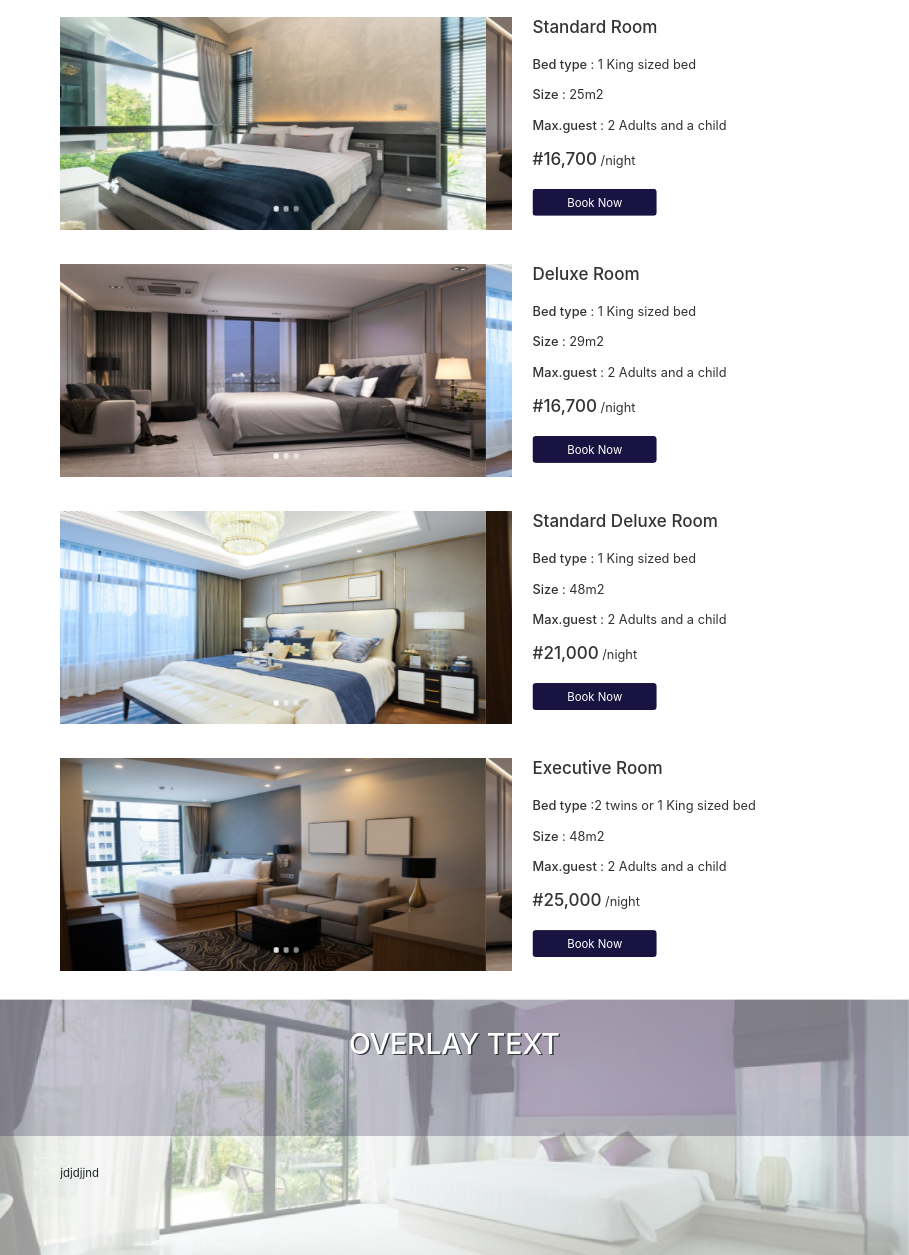
Repository: Syfon01/hotel-website
Page: room.html
These files come from the project's save history. The page is drawn as it stood at one moment and after the next save; the edit follows.
The browser window is 1280 px wide. The pictures show the whole page, at 71% of full size.

Above is the page before, as saved 2020-06-08 19:06:12.

### room.html
<!doctype html>
<html lang="en">
  <head>
    <title>Title</title>
    <!-- Required meta tags -->
    <meta charset="utf-8">
    <meta name="viewport" content="width=device-width, initial-scale=1, shrink-to-fit=no">

    <!-- Bootstrap CSS -->
    <link rel="stylesheet" href="https://stackpath.bootstrapcdn.com/bootstrap/4.3.1/css/bootstrap.min.css" integrity="sha384-ggOyR0iXCbMQv3Xipma34MD+dH/1fQ784/j6cY/iJTQUOhcWr7x9JvoRxT2MZw1T" crossorigin="anonymous">
    <link rel="stylesheet" href="room.css">
  </head>
  <body>
    <!-- carousel section -->
    <section id="carousel-section">
      <div class="container">
        <div class="row py-4">
          <div class="col-md-7 col-lg-7 col-12 col-sm-12">
            <div id="carouselExampleIndicators" class="carousel slide" data-ride="carousel">
              <ol class="carousel-indicators">
                <li data-target="#carouselExampleIndicators" data-slide-to="0" class="active"></li>
                <li data-target="#carouselExampleIndicators" data-slide-to="1"></li>
                <li data-target="#carouselExampleIndicators" data-slide-to="2"></li>
              </ol>
              <div class="carousel-inner">
                <div class="carousel-item active">
                  <img src="./img/hotel1.png" class="d-block w-100 img-carousel img-fluid" alt="...">
                </div>
                <div class="carousel-item">
                  <img src="./img/hotel2.png" class="d-block w-100 img-carousel img-fluid" alt="...">
                </div>
                <div class="carousel-item">
                  <img src="./img/hotel3.png" class="d-block w-100 img-carousel img-fluid" alt="...">
                </div>
              </div>

            </div>
          </div>
          <div class="col-md-5 col-lg-5 col-12 col-sm-12">
            <h4 class="text-purple mb-4">Standard Room</h4>
            <p class="text-purple"><span class="p-font-weight">Bed type </span>: 1 King sized bed</p>
            <p class="text-purple"><span class="p-font-weight">Size</span> : 25m2</p>
            <p class="text-purple"><span class="p-font-weight">Max.guest </span>: 2 Adults and a child</p>
            <p class="text-purple mb-4"><span class="p-font-weight p-20">#16,700</span> /night</p>
            <button class="btn btn-purple px-5">Book Now</button>
          </div>
        </div>

        <div class="row py-4">
          <div class="col-md-7 col-lg-7 col-12 col-sm-12">
            <div id="carouselExampleIndicators" class="carousel slide" data-ride="carousel">
              <ol class="carousel-indicators">
                <li data-target="#carouselExampleIndicators" data-slide-to="0" class="active"></li>
                <li data-target="#carouselExampleIndicators" data-slide-to="1"></li>
                <li data-target="#carouselExampleIndicators" data-slide-to="2"></li>
              </ol>
              <div class="carousel-inner">
                <div class="carousel-item active">
                  <img src="./img/hotel2.png" class="d-block w-100 img-carousel img-fluid" alt="...">
                </div>
                <div class="carousel-item">
                  <img src="./img/hotel3.png" class="d-block w-100 img-carousel img-fluid" alt="...">
                </div>
                <div class="carousel-item">
                  <img src="./img/hotel4.png" class="d-block w-100 img-carousel img-fluid" alt="...">
                </div>
              </div>

            </div>
          </div>
          <div class="col-md-5 col-lg-5 col-12 col-sm-12">
            <h4 class="text-purple mb-4">Deluxe Room</h4>
            <p class="text-purple"><span class="p-font-weight">Bed type </span>: 1 King sized bed</p>
            <p class="text-purple"><span class="p-font-weight">Size</span> : 29m2</p>
            <p class="text-purple"><span class="p-font-weight">Max.guest </span>: 2 Adults and a child</p>
            <p class="text-purple mb-4"><span class="p-font-weight p-20">#16,700</span> /night</p>
            <button class="btn btn-purple px-5">Book Now</button>
          </div>
        </div>

        <div class="row py-4">
          <div class="col-md-7 col-lg-7 col-12 col-sm-12">
            <div id="carouselExampleIndicators" class="carousel slide" data-ride="carousel">
              <ol class="carousel-indicators">
                <li data-target="#carouselExampleIndicators" data-slide-to="0" class="active"></li>
                <li data-target="#carouselExampleIndicators" data-slide-to="1"></li>
                <li data-target="#carouselExampleIndicators" data-slide-to="2"></li>
              </ol>
              <div class="carousel-inner">
                <div class="carousel-item active">
                  <img src="./img/hotel3.png" class="d-block w-100 img-carousel h-50 img-fluid" alt="...">
                </div>
                <div class="carousel-item">
                  <img src="./img/hotel4.png" class="d-block w-100 img-carousel img-fluid" alt="...">
                </div>
                <div class="carousel-item">
                  <img src="./img/hotel1.png" class="d-block w-100 img-carousel img-fluid" alt="...">
                </div>
              </div>

            </div>
          </div>
          <div class="col-md-5 col-lg-5 col-12 col-sm-12">
            <h4 class="text-purple mb-4">Standard Deluxe Room</h4>
            <p class="text-purple"><span class="p-font-weight">Bed type </span>: 1 King sized bed</p>
            <p class="text-purple"><span class="p-font-weight">Size</span> : 48m2</p>
            <p class="text-purple"><span class="p-font-weight">Max.guest </span>: 2 Adults and a child</p>
            <p class="text-purple mb-4"><span class="p-font-weight p-20">#21,000</span> /night</p>
            <button class="btn btn-purple px-5">Book Now</button>
          </div>
        </div>

        <div class="row py-4">
          <div class="col-md-7 col-lg-7 col-12 col-sm-12">
            <div id="carouselExampleIndicators" class="carousel slide" data-ride="carousel">
              <ol class="carousel-indicators">
                <li data-target="#carouselExampleIndicators" data-slide-to="0" class="active"></li>
                <li data-target="#carouselExampleIndicators" data-slide-to="1"></li>
                <li data-target="#carouselExampleIndicators" data-slide-to="2"></li>
              </ol>
              <div class="carousel-inner">
                <div class="carousel-item active">
                  <img src="./img/hotel4.png" class="d-block w-100 img-carousel h-50 img-fluid" alt="...">
                </div>
                <div class="carousel-item">
                  <img src="./img/hotel2.png" class="d-block w-100 img-carousel img-fluid" alt="...">
                </div>
                <div class="carousel-item">
                  <img src="./img/hotel1.png" class="d-block w-100 img-carousel img-fluid" alt="...">
                </div>
              </div>

            </div>
          </div>
          <div class="col-md-5 col-lg-5 col-12 col-sm-12">
            <h4 class="text-purple mb-4">Executive Room</h4>
            <p class="text-purple"><span class="p-font-weight">Bed type </span>:2 twins or 1 King sized bed</p>
            <p class="text-purple"><span class="p-font-weight">Size</span> : 48m2</p>
            <p class="text-purple"><span class="p-font-weight">Max.guest </span>: 2 Adults and a child</p>
            <p class="text-purple mb-4"><span class="p-font-weight p-20">#25,000</span> /night</p>
            <button class="btn btn-purple px-5">Book Now</button>
          </div>
        </div>
      </div>
    </section>

    <!-- explore section  -->
    <div class="explore py-3">
      <div class="hero flex-center">
      <div class="hero-message">
        <h1 class="hero-title">Overlay Text</h1>
      </div>
      <!-- <img src="./img/explore.png" class="explore-banner" alt="" srcset=""> -->
    </div>
</div>

<div class="container my-4">
  jdjdjjnd
</div>

    <!-- Optional JavaScript -->
    <!-- jQuery first, then Popper.js, then Bootstrap JS -->
    <script src="https://code.jquery.com/jquery-3.3.1.slim.min.js" integrity="sha384-q8i/X+965DzO0rT7abK41JStQIAqVgRVzpbzo5smXKp4YfRvH+8abtTE1Pi6jizo" crossorigin="anonymous"></script>
    <script src="https://cdnjs.cloudflare.com/ajax/libs/popper.js/1.14.7/umd/popper.min.js" integrity="sha384-UO2eT0CpHqdSJQ6hJty5KVphtPhzWj9WO1clHTMGa3JDZwrnQq4sF86dIHNDz0W1" crossorigin="anonymous"></script>
    <script src="https://stackpath.bootstrapcdn.com/bootstrap/4.3.1/js/bootstrap.min.js" integrity="sha384-JjSmVgyd0p3pXB1rRibZUAYoIIy6OrQ6VrjIEaFf/nJGzIxFDsf4x0xIM+B07jRM" crossorigin="anonymous"></script>
  </body>
</html>

### room.css
.text-purple{
 color: #333333
}
.p-font-weight{
  font-weight: 500;
}
.p-20{
  font-size: 24px;
}
p{
  font-size: 18px;;
}
.btn-purple{
  background-color: #191341;
  color: #fff;
  border-radius: 5px;
}
.img-carousel{
  height: 300px!important;
}
.carousel-indicators li{
  border-radius: 100%;
  width: 8px;
  height: 8px;
}

.hero {
  width: 100%;
  height: 100%;
  min-width: 100%;
  min-height: 100%;
  position: relative;
}

.hero::before {
  background-image: url(/img/explore.png);
  /* background-size: cover */
  background-repeat: no-repeat;
  background-size: 100% 100%;
  ;
  /* background-repeat: no-repeat; */
  content: "";
  display: block;
  position: absolute;
  top: 0;
  left: 0;
  width: 100%;
  height: 50vh;
  z-index: -2;
  opacity: 0.4;
}

.flex-center {
  display: flex;
  flex-direction: column;
  justify-content: center;
  align-content: center;
}
.hero-message {
  color: #fff;
  text-shadow: #343a40 2px 2px;
  min-width: 100%;
  min-height: 12em;
  position: relative;
}

@media(min-width:1024px) {
  .hero-message {
    min-width: 50%;
    min-height: 12em;
  }

  .hero-message::before {
    margin-left: 25%;
    min-width: 50%;
    min-height: 12em;
  }
}

.hero::after {
  background: rgba(25, 19, 65, 0.6);
  content: "";
  display: block;
  position: absolute;
  top: 0px;
  left: 0px;
  width: 100%;
  height: 100%;
  z-index: -1;
  opacity: 0.4;
}

.hero-title,
.hero-sub-title {
  width: 100%;
  display: block;
  text-align: center;
}

.hero-title {
  margin: 3% 0;
  text-transform: uppercase;
}

After the next save:
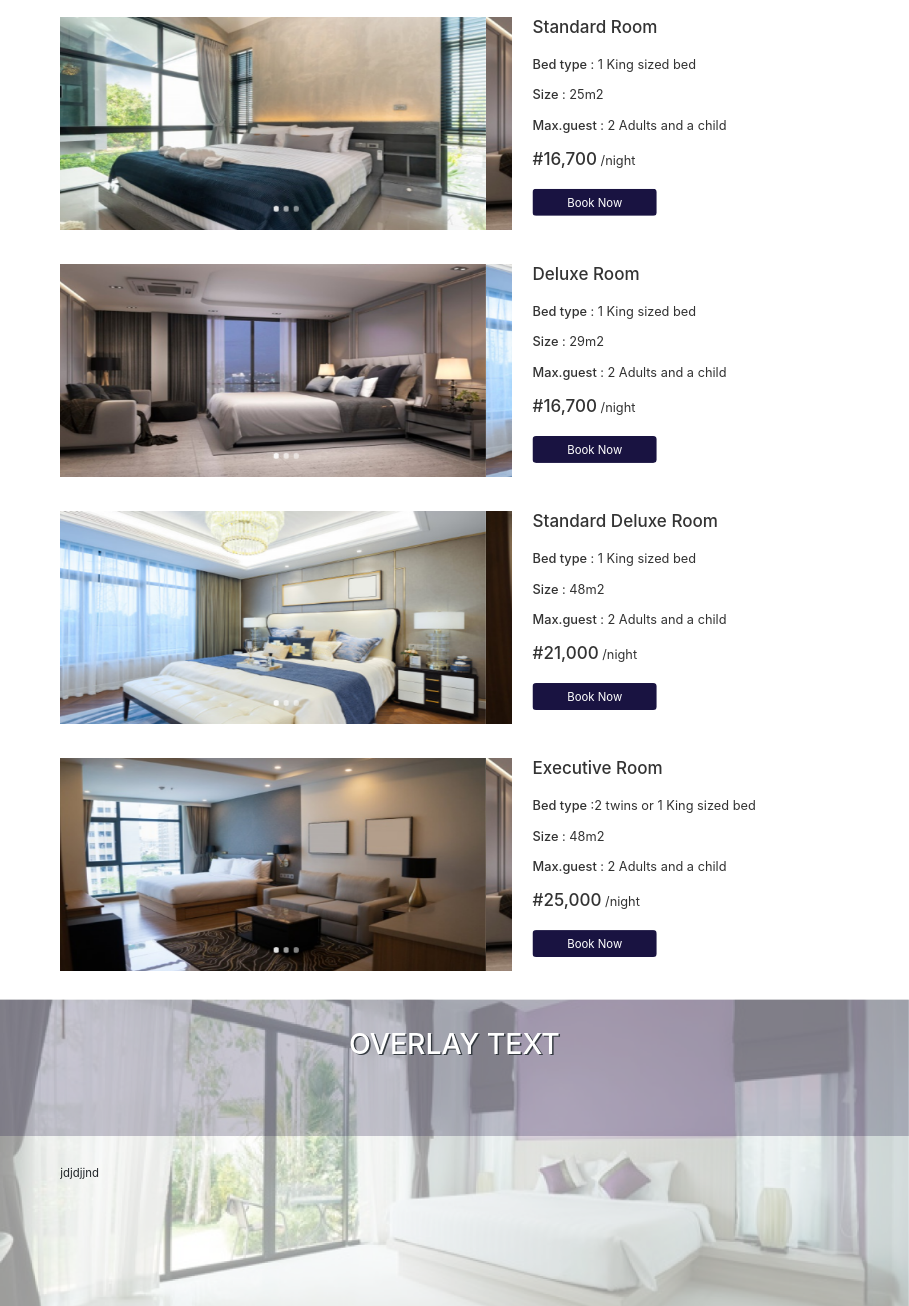
Saved 10 s later.
--- a/room.css
+++ b/room.css
@@ -45,7 +45,7 @@ p{
   top: 0;
   left: 0;
   width: 100%;
-  height: 50vh;
+  height: 60vh;
   z-index: -2;
   opacity: 0.4;
 }
